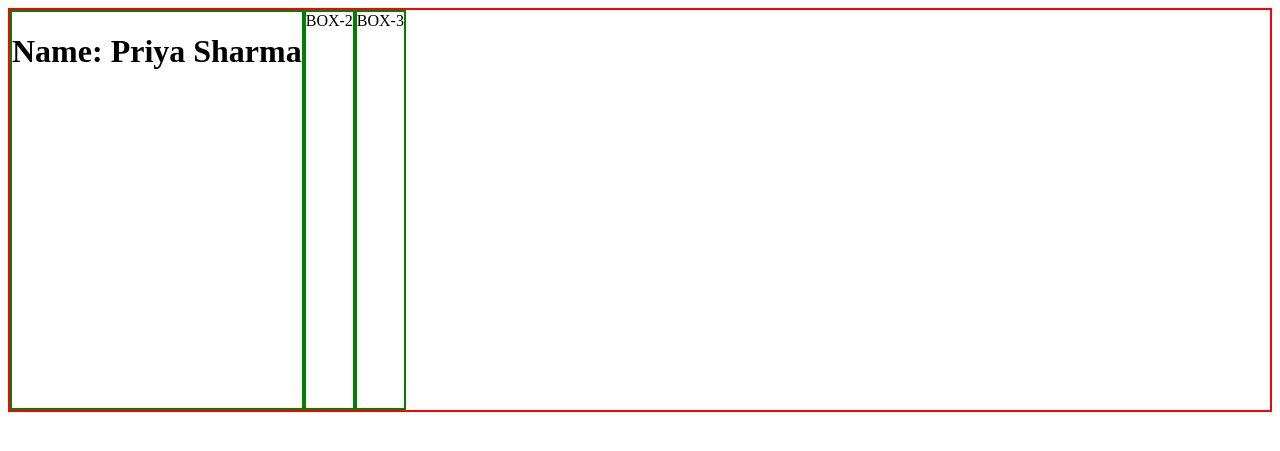
Repository: ARUN-YERRAM/HTMLLEARNING
Page: indxs.html
These files come from the project's save history. The page is drawn as it stood at one moment and after a run of saves; the edit follows.
The browser window is 1280 px wide. The pictures show the whole page.

Above is the page before, as saved 2024-01-26 22:11:20.

After the next 5 saves:
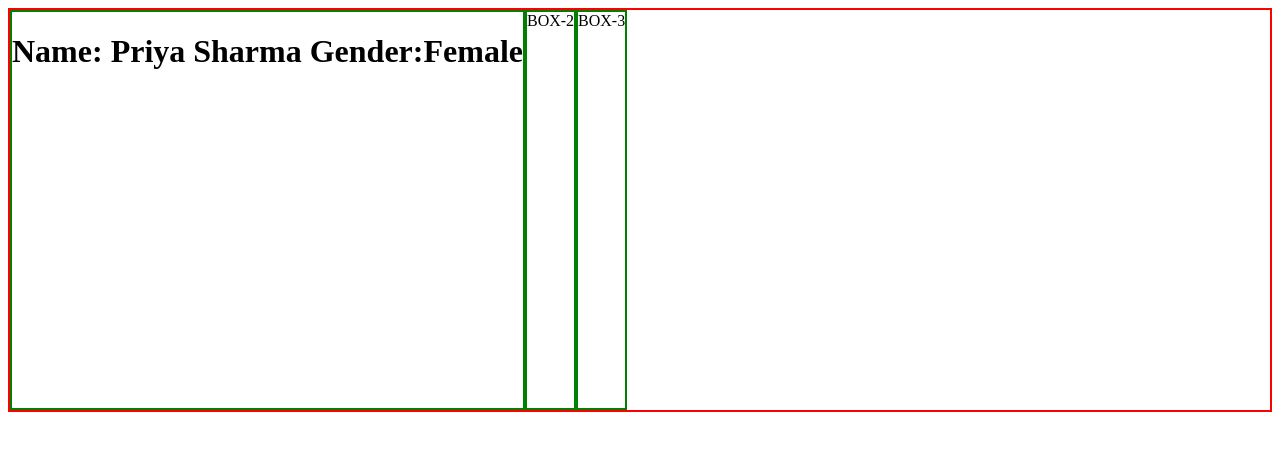
The 5 saves are shown as one change because they came seconds apart.
The last was saved 12 s later.
--- a/indxs.html
+++ b/indxs.html
@@ -12,7 +12,7 @@
         <div class="box">
             <h1>
                 Name: Priya Sharma
-
+                Gender:Female
             </h1>
 
         </div>
